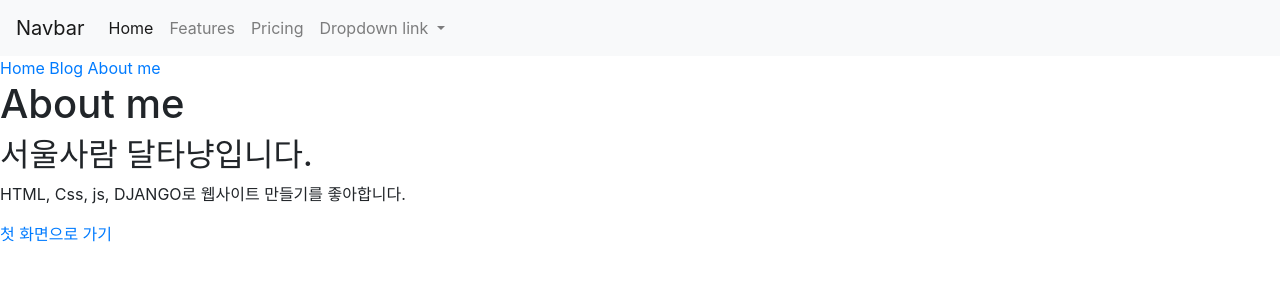
Repository: lwygold/do_it_ft
Page: about_me.html
An editor plug-in stored every save of this project. The page is shown before and after the next save, followed by the edit.
The browser window is 1280 px wide. The pictures show the whole page.

Above is the page before, as saved 2021-08-10 17:54:15.

After the next save:
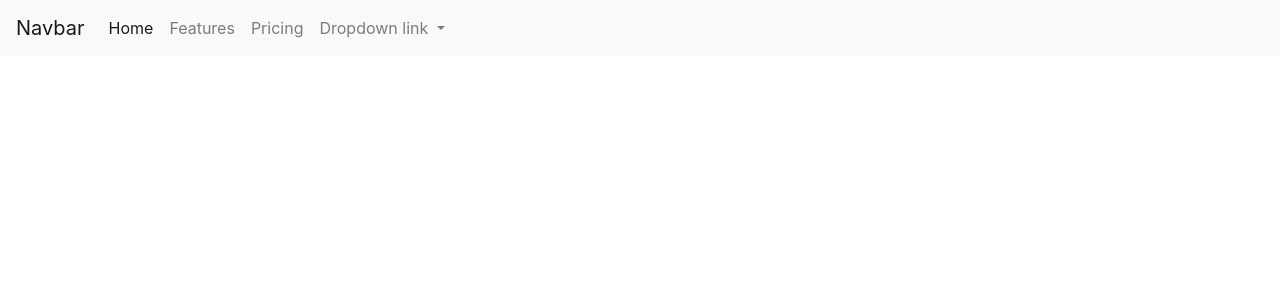
Saved 56 s later.
--- a/about_me.html
+++ b/about_me.html
@@ -42,18 +42,6 @@
         </div>
     </nav>
 
-    <nav>
-        <a href="./index.html">Home</a>
-        <a href="./blog_list.html">Blog</a>
-        <a href="./about_me.html">About me</a>
-
-        <h1>About me</h1>
-        <h2>서울사람 달타냥입니다.</h2>
-
-        <p>HTML, Css, js, DJANGO로 웹사이트 만들기를 좋아합니다.</p>
-
-        <a href="./index.html">첫 화면으로 가기</a>
-    </nav>
 
     <script src="https://code.jquery.com/jquery-3.5.1.slim.min.js" integrity="sha384-DfXdz2htPH0lsSSs5nCTpuj/zy4C+OGpamoFVy38MVBnE+IbbVYUew+OrCXaRkfj" crossorigin="anonymous"></script>
     <script src="https://cdn.jsdelivr.net/npm/bootstrap@4.6.0/dist/js/bootstrap.bundle.min.js" integrity="sha384-Piv4xVNRyMGpqkS2by6br4gNJ7DXjqk09RmUpJ8jgGtD7zP9yug3goQfGII0yAns" crossorigin="anonymous"></script>
